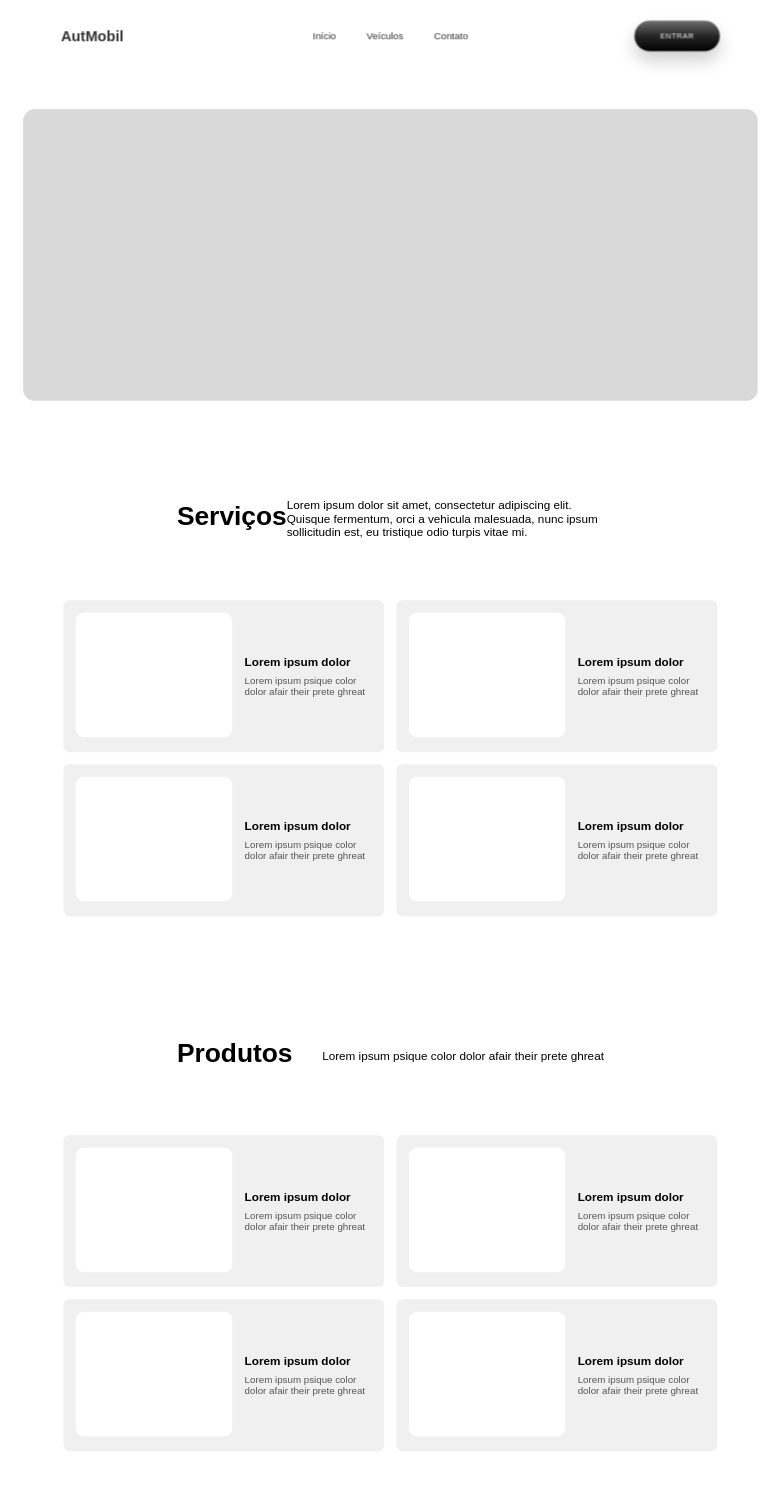
Repository: Matheus904-12/Reforma
Page: index.html
An editor plug-in stored every save of this project. The page is shown before and after a run of saves, followed by the edit.
The browser window is 1280 px wide. The pictures show the whole page, at 61% of full size.

Above is the page before, as saved 2024-08-01 10:29:57.

### index.html
<!DOCTYPE html>
<html lang="en">
<head>
    <meta charset="UTF-8">
    <meta name="viewport" content="width=device-width, initial-scale=1.0">
    <title>Automobil - Venda de Veículos</title>
    <link rel="stylesheet" href="styles.css">
</head>
<body>
    <header>
        <div class="navbar">
            <div class="logo">AutMobil</div>
            <nav class="nav-links">
                <a href="#home">Início</a>
                <a href="#veiculos">Veículos</a>
                <a href="#contato">Contato</a>
            </nav>
            <button class="btn">
                <span class="btn-text-one">Entrar</span>
                <span class="btn-text-two">Vamos Lá!</span>
            </button>
        </div>
    </header>
    <section class="hero">
        <img src="imagens/Rectangle 1.png" alt="Imagem de Veículos" class="hero-image">
    </section>
    <section class="servicos">
        <div class="servicos-header">
            <h2>Serviços</h2>
            <p class="description">Lorem ipsum dolor sit amet, consectetur adipiscing elit. Quisque fermentum, orci a vehicula malesuada, nunc ipsum sollicitudin est, eu tristique odio turpis vitae mi.</p>
        </div>
        <div class="cards-container">
            <div class="card">
                <div class="card-image"><img src="imagens/Rectangle 9.png" alt="Serviço 1"></div>
                <div class="card-content">
                    <h3>Lorem ipsum dolor</h3>
                    <p>Lorem ipsum psique color dolor afair their prete ghreat</p>
                </div>
            </div>
            <div class="card">
                <div class="card-image"><img src="imagens/Rectangle 9.png" alt="Serviço 2"></div>
                <div class="card-content">
                    <h3>Lorem ipsum dolor</h3>
                    <p>Lorem ipsum psique color dolor afair their prete ghreat</p>
                </div>
            </div>
            <div class="card">
                <div class="card-image"><img src="imagens/Rectangle 9.png" alt="Serviço 3"></div>
                <div class="card-content">
                    <h3>Lorem ipsum dolor</h3>
                    <p>Lorem ipsum psique color dolor afair their prete ghreat</p>
                </div>
            </div>
            <div class="card">
                <div class="card-image"><img src="imagens/Rectangle 9.png" alt="Serviço 4"></div>
                <div class="card-content">
                    <h3>Lorem ipsum dolor</h3>
                    <p>Lorem ipsum psique color dolor afair their prete ghreat</p>
                </div>
            </div>
        </div>
    </section>
    <section class="servicos">
        <div class="servicos-header">
            <h2>Produtos</h2>
            <p class="description">Lorem ipsum psique color dolor afair their prete ghreat</p>
        </div>
        <div class="cards-container">
            <div class="card">
                <div class="card-image"><img src="imagens/Rectangle 9.png" alt="Serviço 1"></div>
                <div class="card-content">
                    <h3>Lorem ipsum dolor</h3>
                    <p>Lorem ipsum psique color dolor afair their prete ghreat</p>
                </div>
            </div>
            <div class="card">
                <div class="card-image"><img src="imagens/Rectangle 9.png" alt="Serviço 2"></div>
                <div class="card-content">
                    <h3>Lorem ipsum dolor</h3>
                    <p>Lorem ipsum psique color dolor afair their prete ghreat</p>
                </div>
            </div>
            <div class="card">
                <div class="card-image"><img src="imagens/Rectangle 9.png" alt="Serviço 3"></div>
                <div class="card-content">
                    <h3>Lorem ipsum dolor</h3>
                    <p>Lorem ipsum psique color dolor afair their prete ghreat</p>
                </div>
            </div>
            <div class="card">
                <div class="card-image"><img src="imagens/Rectangle 9.png" alt="Serviço 4"></div>
                <div class="card-content">
                    <h3>Lorem ipsum dolor</h3>
                    <p>Lorem ipsum psique color dolor afair their prete ghreat</p>
                </div>
            </div>
        </div>
    </section>
</body>
</html>

### styles.css
body {
    margin: 0;
    font-family: Arial, sans-serif;
}

header {
    position: relative;
    width: 100%;
}

.navbar {
    display: flex;
    justify-content: center;
    align-items: center;
    padding: 20px 50px;
    background: rgba(255, 255, 255, 0.5);
    border-radius: 25px;
    backdrop-filter: blur(10px);
    transition: all 0.3s ease-in-out;
    margin: 20px 50px;
    position: relative;
}

.navbar.scrolled {
    background: rgba(255, 255, 255, 0.8);
    backdrop-filter: blur(15px);
}

.logo {
    position: absolute;
    left: 50px;
    font-size: 1.5em;
    color: #333;
    font-weight: bold;
}

.nav-links {
    list-style: none;
    display: flex;
    gap: 20px;
}

.nav-links a {
    text-decoration: none;
    color: #333;
    padding: 10px 15px;
    border-radius: 15px;
    transition: background 0.3s, color 0.3s;
}

.nav-links a:hover {
    background: #333;
    color: #fff;
}

.btn {
    width: 140px;
    height: 50px;
    background: linear-gradient(to top, #000000, #272727, #6d6d6d);
    color: #fff;
    border-radius: 50px;
    border: none;
    outline: none;
    cursor: pointer;
    position: relative;
    box-shadow: 0 15px 30px rgba(0, 0, 0, 0.2);
    overflow: hidden;
    position: absolute;
    right: 50px;
    text-decoration: none; /* Para remover o sublinhado do link */
    display: flex;
    justify-content: center;
    align-items: center;
}

.btn span {
    font-size: 12px;
    text-transform: uppercase;
    letter-spacing: 1px;
    transition: top 0.5s;
}

.btn-text-one {
    position: absolute;
    width: 100%;
    top: 50%;
    left: 0;
    transform: translateY(-50%);
}

.btn-text-two {
    position: absolute;
    width: 100%;
    top: 150%;
    left: 0;
    transform: translateY(-50%);
}

.btn:hover .btn-text-one {
    top: -100%;
}

.btn:hover .btn-text-two {
    top: 50%;
}

.btn:active {
    transform: translateY(1px); /* Efeito de afundar ao clicar */
}

.hero {
    position: relative;
    width: 100%;
    height: 600px; /* Ajuste a altura conforme necessário */
    overflow: hidden;
    display: flex;
    justify-content: center;
    align-items: center;
}

.hero-image {
    width: 94%;
    height: auto;
    object-fit: cover;
}

.servicos {
    padding: 100px;
}

.servicos-header {
    display: flex;
    justify-content: space-between;
    align-items: center;
    margin-bottom: 100px;
}

.servicos h2 {
    font-size: 2.7em;
    margin: 0 0 10px 0; /* Ajuste a margem inferior para aproximar do parágrafo */
    margin-left: 190px;
}

.description {
    font-size: 1.2em;
    max-width: 600px;
    margin: 0;
    margin-right: 190px;
}

.cards-container {
    display: flex;
    flex-wrap: wrap;
    justify-content: center;
    gap: 20px;
}

.card {
    display: flex;
    align-items: center;
    background-color: #f0f0f0;
    padding: 20px;
    border-radius: 10px;
    width: 45%;
}

.card-image img {
    width: 257px;
    height: 205px;
    border-radius: 10px;
    margin-right: 20px;
}

.card-content {
    text-align: left;
}

.card-content h3 {
    margin: 0 0 10px 0;
    font-size: 1.2em;
}

.card-content p {
    margin: 0;
    color: #555;
}

.produtos {
    padding: 100px;
    background-color: #f9f9f9;
}

.produtos-header {
    display: flex;
    justify-content: space-between;
    align-items: center;
    margin-bottom: 50px;
}

.produtos h2 {
    font-size: 2.5em;
    margin: 0;
}

.produtos .description {
    font-size: 1.2em;
    max-width: 600px;
    margin: 0;
}

.filtros {
    display: flex;
    justify-content: center;
    gap: 20px;
    margin-bottom: 50px;
}

.filtro {
    background-color: #333;
    color: #fff;
    border: none;
    padding: 10px 20px;
    border-radius: 10px;
    cursor: pointer;
    transition: background 0.3s;
}

.filtro:hover {
    background-color: #555;
}

.produtos-container {
    position: relative;
}

.carrossel {
    display: none;
    flex-wrap: nowrap;
    overflow-x: auto;
    gap: 20px;
}

.carrossel.active {
    display: flex;
}

.produto-card {
    display: flex;
    flex-direction: column;
    align-items: center;
    background-color: #fff;
    padding: 20px;
    border-radius: 10px;
    min-width: 300px;
}

.produto-image img {
    width: 100%;
    border-radius: 10px;
    margin-bottom: 20px;
}

.produto-content {
    text-align: center;
}

.produto-content h3 {
    margin: 0 0 10px 0;
    font-size: 1.2em;
}

.produto-content p {
    margin: 0;
    color: #555;
}

After the next 2 saves:
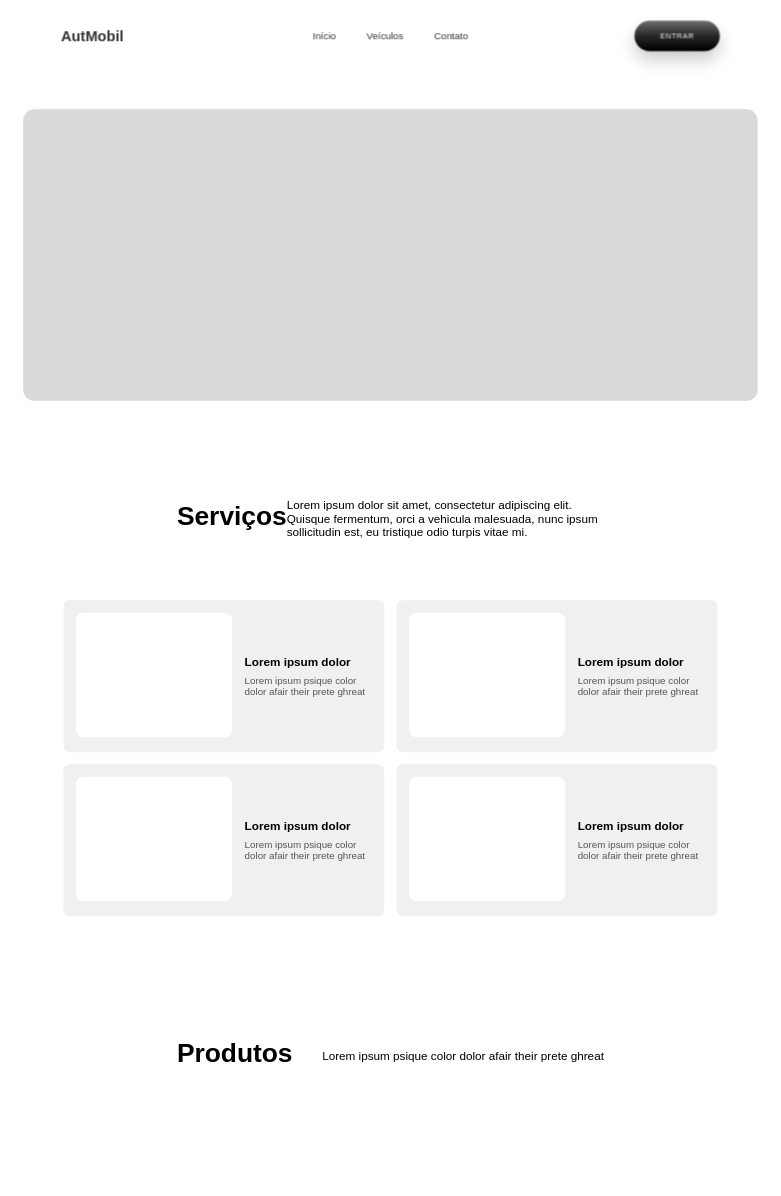
The 2 saves are shown as one change because they came seconds apart.
The last was saved 86 s later.
--- a/index.html
+++ b/index.html
@@ -65,36 +65,6 @@
             <h2>Produtos</h2>
             <p class="description">Lorem ipsum psique color dolor afair their prete ghreat</p>
         </div>
-        <div class="cards-container">
-            <div class="card">
-                <div class="card-image"><img src="imagens/Rectangle 9.png" alt="Serviço 1"></div>
-                <div class="card-content">
-                    <h3>Lorem ipsum dolor</h3>
-                    <p>Lorem ipsum psique color dolor afair their prete ghreat</p>
-                </div>
-            </div>
-            <div class="card">
-                <div class="card-image"><img src="imagens/Rectangle 9.png" alt="Serviço 2"></div>
-                <div class="card-content">
-                    <h3>Lorem ipsum dolor</h3>
-                    <p>Lorem ipsum psique color dolor afair their prete ghreat</p>
-                </div>
-            </div>
-            <div class="card">
-                <div class="card-image"><img src="imagens/Rectangle 9.png" alt="Serviço 3"></div>
-                <div class="card-content">
-                    <h3>Lorem ipsum dolor</h3>
-                    <p>Lorem ipsum psique color dolor afair their prete ghreat</p>
-                </div>
-            </div>
-            <div class="card">
-                <div class="card-image"><img src="imagens/Rectangle 9.png" alt="Serviço 4"></div>
-                <div class="card-content">
-                    <h3>Lorem ipsum dolor</h3>
-                    <p>Lorem ipsum psique color dolor afair their prete ghreat</p>
-                </div>
-            </div>
-        </div>
     </section>
 </body>
 </html>
